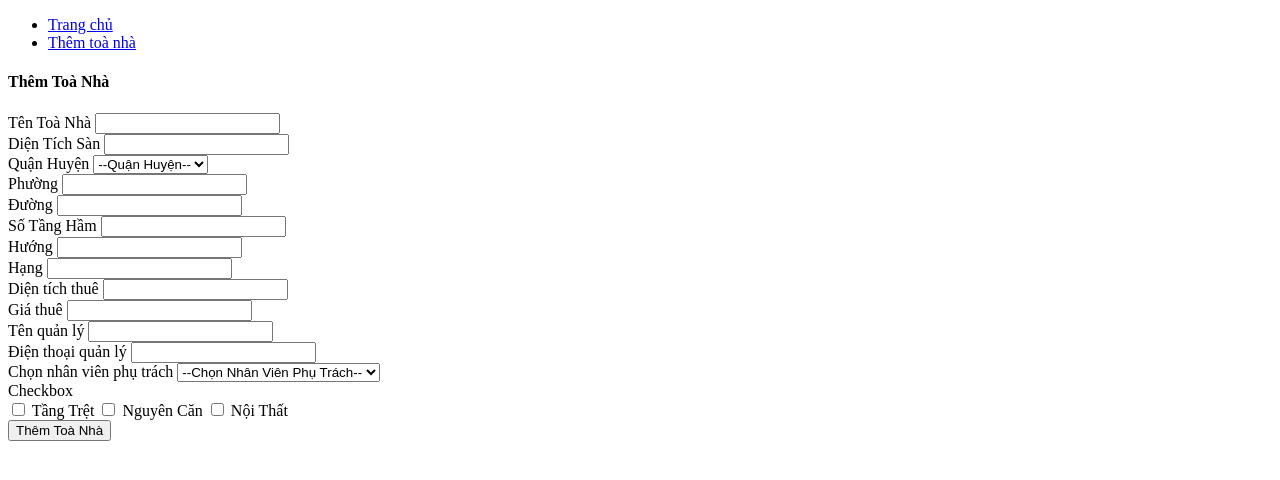
Repository: LeQuangBao0126/jspservlet122019_bao
Page: http://localhost/jspservletHUHUHU/views/admin/building/abcinsert.jsp
An editor plug-in stored every save of this project. The page is shown before and after the next save, followed by the edit.
The browser window is 1280 px wide. The pictures show the whole page.
The page is served by Tomcat 9. Nobody is signed in. The application's start-up code is not run. Other server files are loaded and not shown.

Above is the page before, as saved 2020-03-19 03:41:33.

### jspservletHUHUHU/src/main/webapp/views/admin/building/abcinsert.jsp
<%@ page language="java" contentType="text/html; charset=UTF-8" pageEncoding="UTF-8"%>
<!DOCTYPE html PUBLIC "-//W3C//DTD HTML 4.01 Transitional//EN" "http://www.w3.org/TR/html4/loose.dtd">
<html>
<head>
<meta http-equiv="Content-Type" content="text/html; charset=UTF-8">
<title>Thêm toà nhà</title>
</head>
<body>
<div class="main-content">
    <div class="main-content-inner">
        <div class="breadcrumbs ace-save-state" id="breadcrumbs">
            <ul class="breadcrumb">
                <li>
                    <i class="ace-icon fa fa-home home-icon"></i>
                    <a href="#">Trang chủ</a>
                </li>
                <li>
                    <a href="#">Thêm toà nhà</a>
                </li>
            </ul><!-- /.breadcrumb -->
        </div>
        <div class="page-content">
                    <div class="row">
                        <div class="widget-box">
                            <div class="widget-header">
                                <h4 class="widget-title">Thêm Toà Nhà</h4>
                                <div class="widget-toolbar">
                                    <a href="#" data-action="collapse">
                                        <i class="ace-icon fa fa-chevron-up"></i>
                                    </a>
                                </div>
                            </div>
                            <div class="widget-body">
                                <div class="widget-main">
                                    <div class="row">
                                        <div class="col-xs-12">
                                            <!-- PAGE CONTENT BEGINS -->
                                            <div class="row">
                                                <div class="col-sm-7">
                                                    <div>
                                                        <label for="name"> Tên Toà Nhà </label>
                                                        <input type="text" id="name" class="form-control" />
                                                    </div>
                                                </div>
                                                <div class="col-sm-7">
                                                    <div>
                                                        <label for=""> Diện Tích Sàn </label>
                                                        <input type="number" id="rentAreas" class="form-control" />
                                                    </div>
                                                </div>
                                                <div class="col-sm-4">
                                                    <label for="">Quận Huyện</label>
	                                         		<select class="form-control" id="form-field-select-1">
													<option value="">--Quận Huyện--</option>
													<option value="a">aa</option>
													<option value="b">bb</option>
													<option value="c">cc</option>
													</select>
                                                </div>
                                                <div class="col-sm-4">
                                                    <label for="">Phường</label>
                                                    <input type="text" id="ward" class="form-control" />
                                                </div>
                                                <div class="col-sm-4">
                                                    <label for="">Đường</label>
                                                    <input type="text" class="form-control" />
                                                </div>
                                                <div class="col-sm-4">
                                                    <label for="">Số Tầng Hầm</label>
                                                    <input type="number" id="bumberOfBasesment" class="form-control" />
                                                </div>
                                                <div class="col-sm-4">
                                                    <label for="">Hướng</label>
                                                    <input type="text" class="form-control" />
                                                </div>
                                                <div class="col-sm-4">
                                                    <label for="">Hạng</label>
                                                    <input type="text" id="level" class="form-control" />
                                                </div>
                                                <div class="col-sm-3">
                                                    <label for="">Diện tích thuê</label>
                                                    <input type="number" id="rentArea" class="form-control" />
                                                </div>

                                                <div class="col-sm-3">
                                                    <label for="">Giá thuê </label>
                                                    <input type="number" id="rentCost" class="form-control" />
                                                </div>


                                                <div class="col-sm-4">
                                                    <label for="">Tên quản lý</label>
                                                    <input type="text" id="managerName" class="form-control" />
                                                </div>
                                                <div class="col-sm-4">
                                                    <label for="">Điện thoại quản lý</label>
                                                    <input type="text" id="managerPhone" class="form-control" />
                                                </div>
                                                <div class="col-sm-3">
                                                    <label for="">Chọn nhân viên phụ trách</label>
                                                    <select class="form-control" id="form-field-select-1">
													<option value="">--Chọn Nhân Viên Phụ Trách--</option>
													<option value="a">aa</option>
													<option value="b">bb</option>
													<option value="c">cc</option>
													</select>
                                                </div>
                                                <div class="col-sm-12">
                                                    <div class="control-group">
                                                        <label class="control-label bolder blue">Checkbox</label>
                                                        <div class="checkbox">
                                                            <label>
														<input name="form-field-checkbox" type="checkbox" class="ace">
														<span class="lbl">Tầng Trệt</span>
													</label>
                                                            <label>
														<input name="form-field-checkbox" type="checkbox" class="ace">
														<span class="lbl">Nguyên Căn</span>
													</label>
                                                            <label>
														<input name="form-field-checkbox" type="checkbox" class="ace">
														<span class="lbl">Nội Thất</span>
													</label>
                                                        </div>
                                                    </div>
                                                </div>
                                                <div class="col-sm-12">
                                                    <div class="pull-left" data-toggle="tooltip" title="Thêm Toà Nhà">
                                                        <button class="btn btn-sucess btn-info btn-bold">
												Thêm Toà Nhà
											</button>
                                                    </div>
                                                </div>
                                            </div>
                                            <!-- PAGE CONTENT ENDS -->
                                        </div>
                                        <!-- /.col -->
                                    </div>
                                </div>
                            </div>
                        </div>
                    </div>
                    <!-- /.row -->
                </div>
                <!-- /.page-content -->
    </div>
</div><!-- /.main-content -->
</body>
</html>

After the next save:
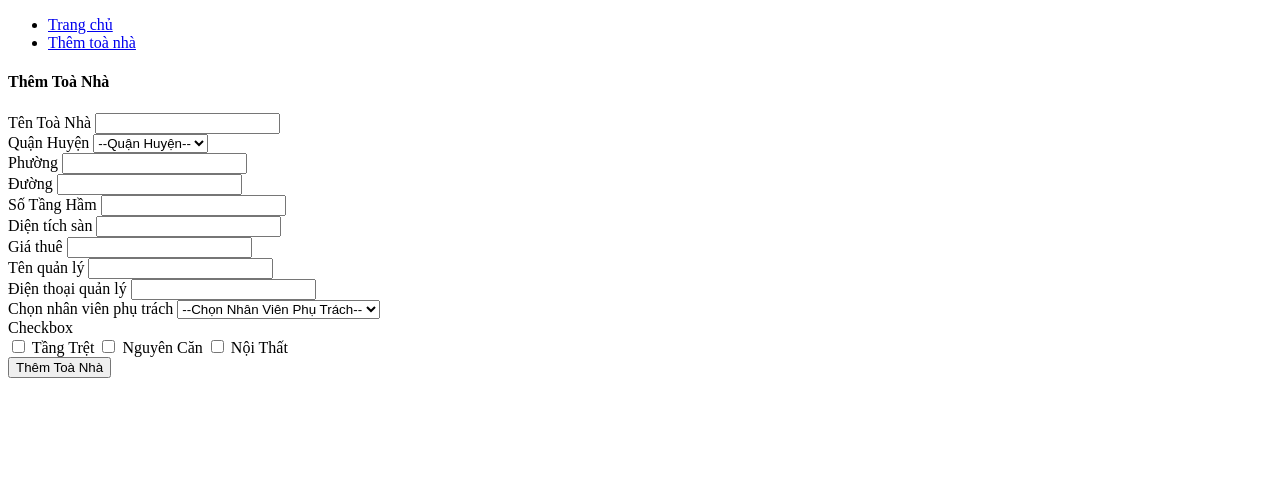
Saved 2 min 20 s later.
--- a/jspservletHUHUHU/src/main/webapp/views/admin/building/abcinsert.jsp
+++ b/jspservletHUHUHU/src/main/webapp/views/admin/building/abcinsert.jsp
@@ -42,12 +42,7 @@
                                                         <input type="text" id="name" class="form-control" />
                                                     </div>
                                                 </div>
-                                                <div class="col-sm-7">
-                                                    <div>
-                                                        <label for=""> Diện Tích Sàn </label>
-                                                        <input type="number" id="rentAreas" class="form-control" />
-                                                    </div>
-                                                </div>
+
                                                 <div class="col-sm-4">
                                                     <label for="">Quận Huyện</label>
 	                                         		<select class="form-control" id="form-field-select-1">
@@ -63,23 +58,16 @@
                                                 </div>
                                                 <div class="col-sm-4">
                                                     <label for="">Đường</label>
-                                                    <input type="text" class="form-control" />
+                                                    <input type="text" name="street" class="form-control" />
                                                 </div>
                                                 <div class="col-sm-4">
                                                     <label for="">Số Tầng Hầm</label>
-                                                    <input type="number" id="bumberOfBasesment" class="form-control" />
+                                                    <input type="number" id="numberOfBasement" class="form-control" />
                                                 </div>
-                                                <div class="col-sm-4">
-                                                    <label for="">Hướng</label>
-                                                    <input type="text" class="form-control" />
-                                                </div>
-                                                <div class="col-sm-4">
-                                                    <label for="">Hạng</label>
-                                                    <input type="text" id="level" class="form-control" />
-                                                </div>
+
                                                 <div class="col-sm-3">
-                                                    <label for="">Diện tích thuê</label>
-                                                    <input type="number" id="rentArea" class="form-control" />
+                                                    <label for="">Diện tích sàn</label>
+                                                    <input type="number" id="rentAreas" class="form-control" />
                                                 </div>
 
                                                 <div class="col-sm-3">
